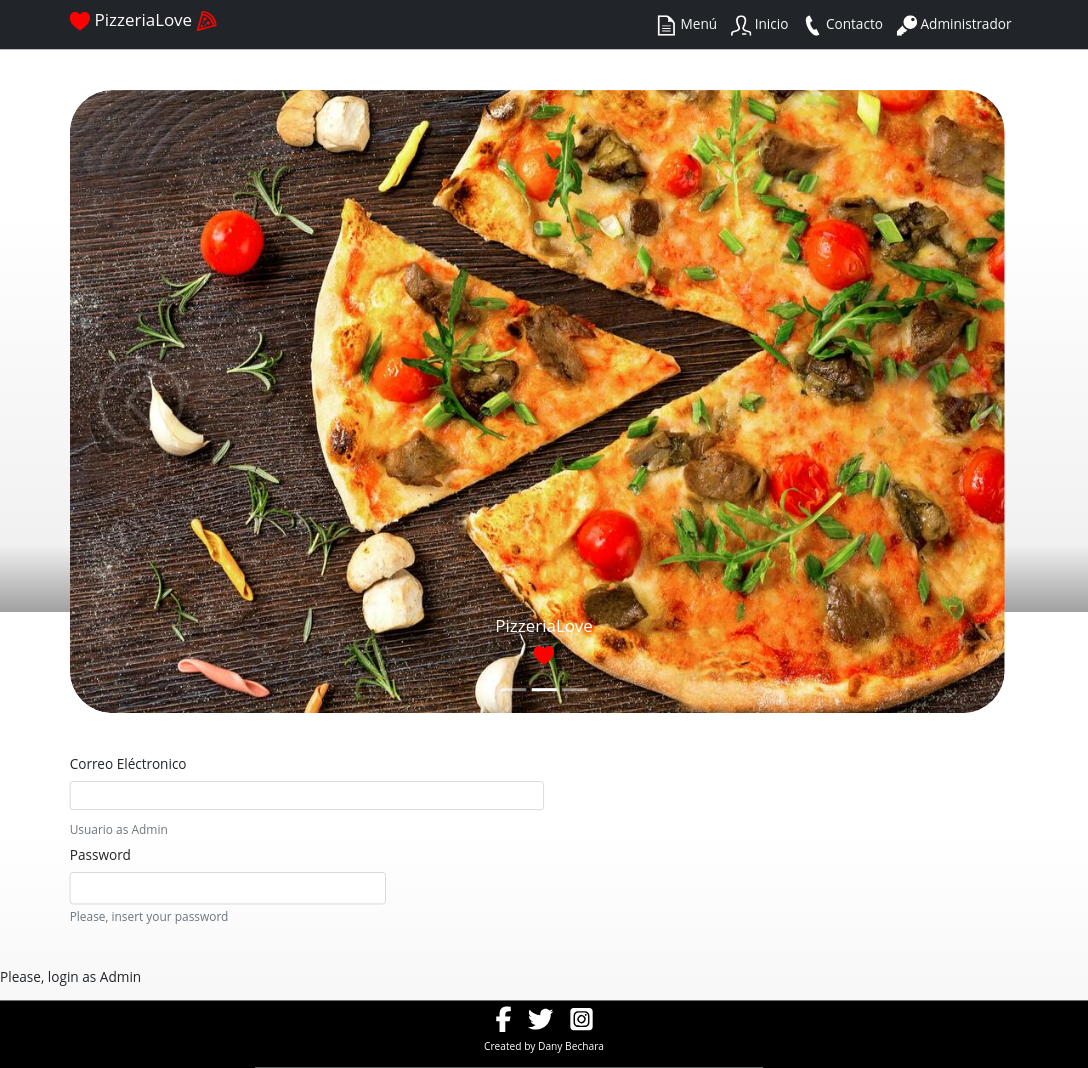
Repository: bechara611/PizzeriaLove
Page: /administrador
An editor plug-in stored every save of this project. The page is shown before and after the next save, followed by the edit.
The browser window is 1280 px wide. The pictures show the whole page, at 85% of full size.
The page's requests for data from a server got no answer. Backgrounds fixed to the window are drawn as part of the page. The project was rebuilt for these pictures with package versions that can differ from the ones it lists, and the page was loaded fresh each time. No one was signed in, and anything a server would have sent is missing. Also part of the build but not shown: src/App.css, src/App.js, src/Componentes/Menu.css, src/Firebase/Borrar.js, src/Componentes/Menu.js, src/Componentes/FormularioAgregarMenu.css, src/Elementos/Alerta.js.

Above is the page before, as saved 2022-02-23 09:13:06.

### src/index.js
import React,{useState} from 'react';
import ReactDOM from 'react-dom';
import './index.css';
import 'bootstrap/dist/css/bootstrap.css'
import 'bootstrap/dist/js/bootstrap.bundle.min';
import Header from './Componentes/Header';
import {BrowserRouter,Route, Routes,NavLink} from 'react-router-dom'
import {App,App2} from './App';
import WebFont from 'webfontloader'
import './index.css'
import Carousel from './Componentes/Carousel';
import Menu from './Componentes/Menu';
import Footer from './Componentes/Footer';
import { FormularioAgregarMenu } from './Componentes/FormularioAgregarMenu';

WebFont.load({
  google: {
    families: ['Open Sans:400,500,700', 'Sans-serif']
  }
});

const Index = () => {
  const [administrador,cambiaradministrador]=useState(false);
  return (
  <BrowserRouter>
     <Header administrador={administrador} cambiaradministrador={cambiaradministrador}></Header>
   <Carousel></Carousel>

    <Routes>
    <Route path='/' element={<Menu borrar={false} />} ></Route>
    <Route path='/administrador' element={<FormularioAgregarMenu />} ></Route>
    <Route path='/inicio' element={<Menu borrar={false} />} ></Route>
    </Routes>
    <Footer></Footer>
    </BrowserRouter>
    );
}


ReactDOM.render(

  <Index />,
  document.getElementById('root')
);

### src/index.css
* {
  margin: 0;
  font-family:'Open Sans';
  /* Permalink - use to edit and share this gradient: https://colorzilla.com/gradient-editor/#ffffff+0,ffffff+100&1+0,0+100;White+to+Transparent */



}


body
{
  background: rgb(255,255,255);
  background: linear-gradient(180deg, rgba(255,255,255,1) 0%, rgba(255,255,255,1) 35%, rgba(242,241,241,1) 89%, rgba(10,10,10,0.38699229691876746) 100%);

  background-attachment:fixed;
}

### src/Componentes/Header.js
import {NavLink} from 'react-router-dom'
import styled from 'styled-components';
import { BotonTipoNavLink,BotonTipoNavLinkA } from '../Elementos/BotonTipoNavLink';
import {Pizza2,Administrador2,Inicio2,Menu2,Contacto2,Heart2}from '../Elementos/ImagenesSVG';
import {App,App2} from './../App';
import './Header.css'


const Header = ({cambiaradministrador},{administrador}) => {
    let url1,urladmin;
    url1="/inicio";
    urladmin='/administrador'
      return (
        <>

        <nav className="navbar navbar-expand-sm navbar-dark bg-dark  header_nav">
        <div className="container contenedor1 ">
        <div className='hijo1_header'>
         <BotonTipoNavLink to={url1} className="navbar-brand"> <Heart2 / > PizzeriaLove <Pizza2></Pizza2></BotonTipoNavLink>



        </div>
      <div className='hijo2_header'>
        <button
        className="navbar-toggler mt-2"
        type="button"
        data-bs-toggle="collapse"
        data-bs-target="#menu"
        aria-controls="menu"
        aria-expanded="false"
        aria-label="Mostrar / Ocultar Menu"
      >
        <span className="navbar-toggler-icon"></span>
      </button>

      <div className="collapse navbar-collapse" id="menu">
      <ul className="navbar-nav me-auto mb-2 mb-lg-0 header_menu">
      <li className="nav-item opcion"><a href="#menuu" className="nav-link text-light  opcion"><Menu2></Menu2> Menú</a></li>
        <li className="nav-item"><BotonTipoNavLinkA to={url1} className="nav-link text-light"><Inicio2/> Inicio</BotonTipoNavLinkA></li>
        <li className="nav-item"><BotonTipoNavLink to={url1} className="nav-link text-light"> <Contacto2 /> Contacto</BotonTipoNavLink></li>
        <li className="nav-item"><BotonTipoNavLink to={urladmin} className="nav-link text-light"> <Administrador2 /> Administrador</BotonTipoNavLink></li>
      </ul>

    </div>
    </div>
        </div>

      </nav>

      </>
       );
    }

    export default Header;

### src/Componentes/Carousel.js
import { Heart2 } from '../Elementos/ImagenesSVG'
import imagen1 from './../Imagenes/carousel1.jpg'
import imagen2 from './../Imagenes/carousel2.jpg'
import imagen3 from './../Imagenes/carousel3.jpg'
import './Carousel.css'
const Carousel = () => {
    return (

        <>
<section className="main">
  <div className="container">
    <div className="row mt-5">
      <div className="col">
        <div className="carousel slide carousel-fade" id="mi-carousel" data-bs-ride="carousel">
          <div className="carousel-inner">
            <div className="carousel-item active">
            <div className="carousel-caption">
            <h5>PizzeriaLove</h5>
            <p><Heart2></Heart2></p>
          </div>
              <img className="img-fluid" src={imagen1} alt='' />
            </div>

            <div className="carousel-item" data-bs-interval="5000">
              <div className="carousel-caption">
                <h5>PizzeriaLove</h5>
                <p><Heart2></Heart2></p>
              </div>
              <img className="img-fluid" src={imagen2}  alt=''/>
            </div>
            <div className="carousel-item">
            <div className="carousel-caption">
            <h5>PizzeriaLove</h5>
            <p><Heart2></Heart2></p>
          </div>
            <img className="img-fluid" src={imagen3} alt='' />
            </div>
          </div>



          <button
            className="carousel-control-prev botonprev"
            type="button"
            data-bs-target="#mi-carousel"
            data-bs-slide="prev"
          >
            <span className="carousel-control-prev-icon  icono" aria-hidden="true"></span>
            <span className="visually-hidden">Prev</span>
          </button>
          <button
            className="carousel-control-next"
            type="button"
            data-bs-target="#mi-carousel"
            data-bs-slide="next"
          >
            <span className="carousel-control-next-icon icono" aria-hidden="true"></span>
            <span className="visually-hidden">Next</span>
          </button>




          <div className="carousel-indicators">
            <button
              type="button"
              className="active"
              data-bs-target="#mi-carousel"
              data-bs-slide-to="0"
              aria-label="Slide 1"
            ></button>
            <button
              type="button"
              className=""
              data-bs-target="#mi-carousel"
              data-bs-slide-to="1"
              aria-label="Slide 2"
            ></button>
            <button
              type="button"
              className=""
              data-bs-target="#mi-carousel"
              data-bs-slide-to="2"
              aria-label="Slide 3"
            ></button>
          </div>
        </div>
      </div>
    </div>
  </div>

</section>


        </>
     );
}

export default Carousel;

### src/Componentes/Footer.js
import styled from "styled-components";
import './Footer.css'
import { FontAwesomeIcon } from '@fortawesome/react-fontawesome'
import { faCoffee } from '@fortawesome/free-solid-svg-icons'
import {  faFacebookF,faInstagramSquare,faTwitter } from '@fortawesome/free-brands-svg-icons';
import useObtenerMenu from "../Hooks/useObtenerMenu";


const Footer = () => {
    let face='https://www.facebook.com';
    let insta='https://www.instagram.com';
    let twitter='https://www.twitter.com';
    let nuevaPestana="_blank"

    return (
        <>
        <div className="container-fluid " >
        <div className="row fila">
        <footer className="col-12 footer">
        <a href={face} target={nuevaPestana} className='face'><FontAwesomeIcon icon={faFacebookF}/></a>
        <a href={twitter} target={nuevaPestana} className='twitter'><FontAwesomeIcon icon={faTwitter}/></a>
        <a href={insta} target={nuevaPestana} className='instagram'><FontAwesomeIcon icon={faInstagramSquare}/></a>

        </footer>
        <p className="col-12">Created by Dany Bechara</p>
        </div>
        </div>
        </>
     );
}

export default Footer;

### src/Componentes/FormularioAgregarMenu.js
import './FormularioAgregarMenu.css'
import React,{useEffect,useState} from 'react'
import styled from 'styled-components'
import { db,app } from '../Firebase/FirebaseConfig';
import { addDoc,collection } from 'firebase/firestore';
import Alerta from '../Elementos/Alerta';
import Menu from './Menu';





const FormularioAgregarMenu = () => {
    const [platos2,cambiarplatos2]=useState([{}])
    const [precio,cambiarPrecio]=useState('');
    const [categoria,cambiarCategoria]=useState('');
    const [plato,cambiarPlato]=useState('');
    const [AlertaGenerada,CambiarAlertaGenerada]=useState(false);
    const [acceder,CambiarAcceder]=useState(false);

    const Registrar =async () => {
        try {
            await addDoc(collection(db,'menu'),
        {
            categorias:categoria,
            plato:plato,
            precio:precio
        })
        cambiarPlato('');
        cambiarCategoria('');
        cambiarPrecio('')
        CambiarAlertaGenerada(true);
        } catch (error) {
            console.log(error)
        }

    }



    return (
        <>
        <div className="container">
        <div className="row">
        <form action="" className='py-5'>
        <div className="col-6">
        <label htmlFor="correo" class="form-label">Correo Eléctronico</label>
        <input type="text" name="usuario" id="usuario" className='form-control py-1' aria-describedby='usuario' />
        <div id="usuario" class="form-text py-2">
         Usuario as Admin
        </div>
        </div>
        <div className="col-4">
        <label htmlFor="password" class="form-label">Password</label>
        <input type="password" name="password" id="password" className='form-control' aria-describedby='password' />
        <div id="password" class="form-text">
         Please, insert your password
        </div>
        </div>

         </form>
        </div>
        </div>





       {acceder===true ?
         <>
         <div className="container my-5 contenedor_formulario">
     <h2 className='my-3 text-center'>Create a new pizza</h2>
     {AlertaGenerada && <Alerta CambiarAlertaGenerada={CambiarAlertaGenerada} valorr={3}></Alerta>}
        <form action="" className='' onSubmit={(e)=>{
            e.preventDefault();
            Registrar();
        }}>
        <div className="row">
        <div className="col-12">
        <label htmlFor='plato' className="form-label">New plate</label>
            <input value={plato} required type="text" className='form-control' name="plato" id="plato" aria-describedby='ayuda-plato'
            onChange={(e)=>{
                cambiarPlato(e.target.value)
            }}/>
            <div id="ayuda-plato" className="form-text">
            Please, insert the new plate.
            </div>
            </div>
            <div className="col-6">
            <label htmlFor='categorias' className="form-label">Category</label>
            <input required value={categoria} type="text" className='form-control' name="categorias" id="categorias" aria-describedby='ayuda-categorias'
            onChange={(e)=>{
                cambiarCategoria(e.target.value)
            }} />
            <div id="ayuda-plato" className="form-text">
            Please, insert the categoria.
            </div>
            </div>
            <div className="col-6">
            <label htmlFor='precio' className="form-label">Price</label>
            <input required value={precio} type="text" className='form-control' name="precio" id="precio" aria-describedby='ayuda-number'
             onChange={(e)=>{
                cambiarPrecio(e.target.value.replace(/[^0-9.]/g,''));
            }}/>
            <div id="ayuda-number" className="form-text">
            Please, insert the price.
            </div>

            </div>




        </div>
        <div className="row">
        <div className="col-12 my-4">  <button type='submit' className=' btn btn-primary col-12'>INSERT</button></div>
        </div>
            </form>
        </div>

        <Menu borrar={true}></Menu>
         </>
         :
          <><p>Please, login as Admin</p></>}

        </>
         );

}

export {FormularioAgregarMenu}

### src/Elementos/BotonTipoNavLink.js
import styled from "styled-components"
import { NavLink } from "react-router-dom"
    const BotonTipoNavLink = styled(NavLink)`
    &:hover
    {
      text-decoration: underline;
      color: black;
    }
    `

    const BotonTipoNavLinkA=styled(BotonTipoNavLink)`
    text-decoration: none;
      color: black;
      cursor:pointer;
    `
    export {BotonTipoNavLink,BotonTipoNavLinkA}

### src/Elementos/ImagenesSVG.js
import styledComponents from 'styled-components';
import {ReactComponent as Pizza} from './../Imagenes/Pizza.svg'
import {ReactComponent as Inicio} from './../Imagenes/Inicio.svg'
import {ReactComponent as Menu} from './../Imagenes/Menu.svg'
import {ReactComponent as Administrador} from './../Imagenes/Administrador.svg'
import {ReactComponent as Contacto} from './../Imagenes/Contacto.svg'
import {ReactComponent as Heart} from './../Imagenes/Heart.svg'
import {ReactComponent as Trash} from './../Imagenes/Trash.svg'
const Pizza2 = styledComponents(Pizza)`
font-size:10px;
z-index: 1;
color:white;
fill:red;

`;
const Inicio2 = styledComponents(Inicio)`
font-size:10px;
z-index: 1;
color:white;
fill:white;

`;
const Menu2 = styledComponents(Menu)`
font-size:10px;
z-index: 1;
color:white;
fill:white;

`;
const Administrador2 = styledComponents(Administrador)`
font-size:10px;
z-index: 1;
color:white;
fill:white;

`;

const Contacto2 = styledComponents(Contacto)`
font-size:10px;
z-index: 1;
color:white;
fill:white;

`;

const Heart2 = styledComponents(Heart)`
font-size:10px;
z-index: 1;
color:white;
fill:red;

`;

const Trash2=styledComponents(Trash)`
fill:blue;
cursor:pointer;
`

export {Pizza2,Administrador2,Inicio2,Menu2, Contacto2,Heart2,Trash2}

### src/Componentes/Header.css

*{
   box-sizing: border-box;
   margin: 0;
   padding: 0;


}
.header_nav2
{
    /* margin-top: -8px; */
    background: -moz-linear-gradient(top,  rgba(211,126,128,1) 0%, rgba(146,171,207,0) 76%, rgba(134,179,222,0) 90%, rgba(125,185,232,0) 100%); /* FF3.6-15 */
background: -webkit-linear-gradient(top,  rgba(211,126,128,1) 0%,rgba(146,171,207,0) 76%,rgba(134,179,222,0) 90%,rgba(125,185,232,0) 100%); /* Chrome10-25,Safari5.1-6 */
background: linear-gradient(to bottom,  rgba(211,126,128,1) 0%,rgba(146,171,207,0) 76%,rgba(134,179,222,0) 90%,rgba(125,185,232,0) 100%); /* W3C, IE10+, FF16+, Chrome26+, Opera12+, Safari7+ */
filter: progid:DXImageTransform.Microsoft.gradient( startColorstr='#d37e80', endColorstr='#007db9e8',GradientType=0 ); /* IE6-9 */


}
body
{
    /* background: url(./../Imagenes/textura.png);
	background-repeat: repeat;
	background-attachment: fixed; */
}

.nav
{


}

.contenedor12
{

    /* min-height: 300px;  */
}

.hijo1_header
{
    align-self: start;
    /* margin-top: 2%; */

}
.hijo2_header
{
    /* margin-top: 2%; */
    align-self: start;
}
.header_menu
{

}

.opcion
{
text-decoration: dotted;
display: inline-block;
opacity: 1;

}



.opcion:hover
{
    text-decoration: underline;
}

.opcion:link
{
color: green;
}

### src/Componentes/Carousel.css
.carousel-inner{border-radius: 50px;}
.carousel-item{border-radius: 50px;}
.img-fluid{border-radius: 50px;}
.icono {
    height: 100px;
    width: 100px;

      /*shape border*/
      border: 5px solid white;
      border-radius: 50%; /*zero for square */
      opacity: 0.3;
      /*symbol */
      color: BLACK;



}
.icono:hover{opacity: 1;}

### src/Firebase/FirebaseConfig.js
import { initializeApp } from "firebase/app";
import { getAnalytics } from "firebase/analytics";
import { getFirestore } from "firebase/firestore";
import { getAuth, createUserWithEmailAndPassword } from "firebase/auth";

const firebaseConfig2 = {
    apiKey: "AIzaSyDhYuWK_8Uy4S-BtkFmFfityIjQnt4M3Is",
    authDomain: "pizzerialove-00.firebaseapp.com",
    projectId: "pizzerialove-00",
    storageBucket: "pizzerialove-00.appspot.com",
    messagingSenderId: "356504995914",
    appId: "1:356504995914:web:c5fee404edbf5f32affeb3",
    measurementId: "G-CK1N9HMEKD"
  };


    const firebaseConfig = {
      apiKey:process.env.REACT_APP_FIREBASE_API_KEY,
      authDomain:process.env.REACT_APP_FIREBASE_AUTH_DOMAIN,
      projectId:process.env.REACT_APP_FIREBASE_PROJECT_ID,
      storageBucket:process.env.REACT_APP_FIREBASE_STORAGE_BUCKET,
      messagingSenderId:process.env.REACT_APP_FIREBASE_MESSAGING_SENDER_ID,
      appId:process.env.REACT_APP_FIREBASE_APP_ID,
      measurementId:process.env.REACT_APP_FIREBASE_MEASUREMENT_ID
    };



// Initialize Firebase
const app = initializeApp(firebaseConfig);
const analytics = getAnalytics(app);
const db= getFirestore();
const auth=getAuth();

export {app,analytics,db,auth};

### src/Hooks/useObtenerMenu.js
import React,{useEffect,useState} from 'react'
import { db } from '../Firebase/FirebaseConfig';
import { collection,onSnapshot } from 'firebase/firestore';

const useObtenerMenu = () => {
    const [platos,cambiarplatos]=useState([{}])
    useEffect(()=>{

            const FuncionObtenerMenu=onSnapshot(collection(db,'menu'), (snapShot)=>{

               let vectormenu=snapShot.docs.map((documento)=>{
                  // console.log(documento.id)
                    return {...documento.data(),id:documento.id}
                })
              //  console.log(vectormenu);
                cambiarplatos(vectormenu)
            })





          },[])
          return [platos,cambiarplatos]
}

export default useObtenerMenu;

### src/Componentes/Footer.css
.footer
{
    display: flex;
    flex-direction: row;
    justify-content: center;

}
.fila
{
    display: flex;
    justify-content: center;
    text-align: center;
    background: black;
    font-size: 12px;
}
.fila p
{

color: white;
}
.footer a{
    text-decoration: none;
font-size: 30px;
display: inline-block;
color: white;
margin: 0 10px;
}
.face:hover{color: blue;}
.twitter:hover{color: lightblue;}
.instagram:hover{color:#fcaf45}

Loaded but not shown: public/index.html (common file)

After the next save:
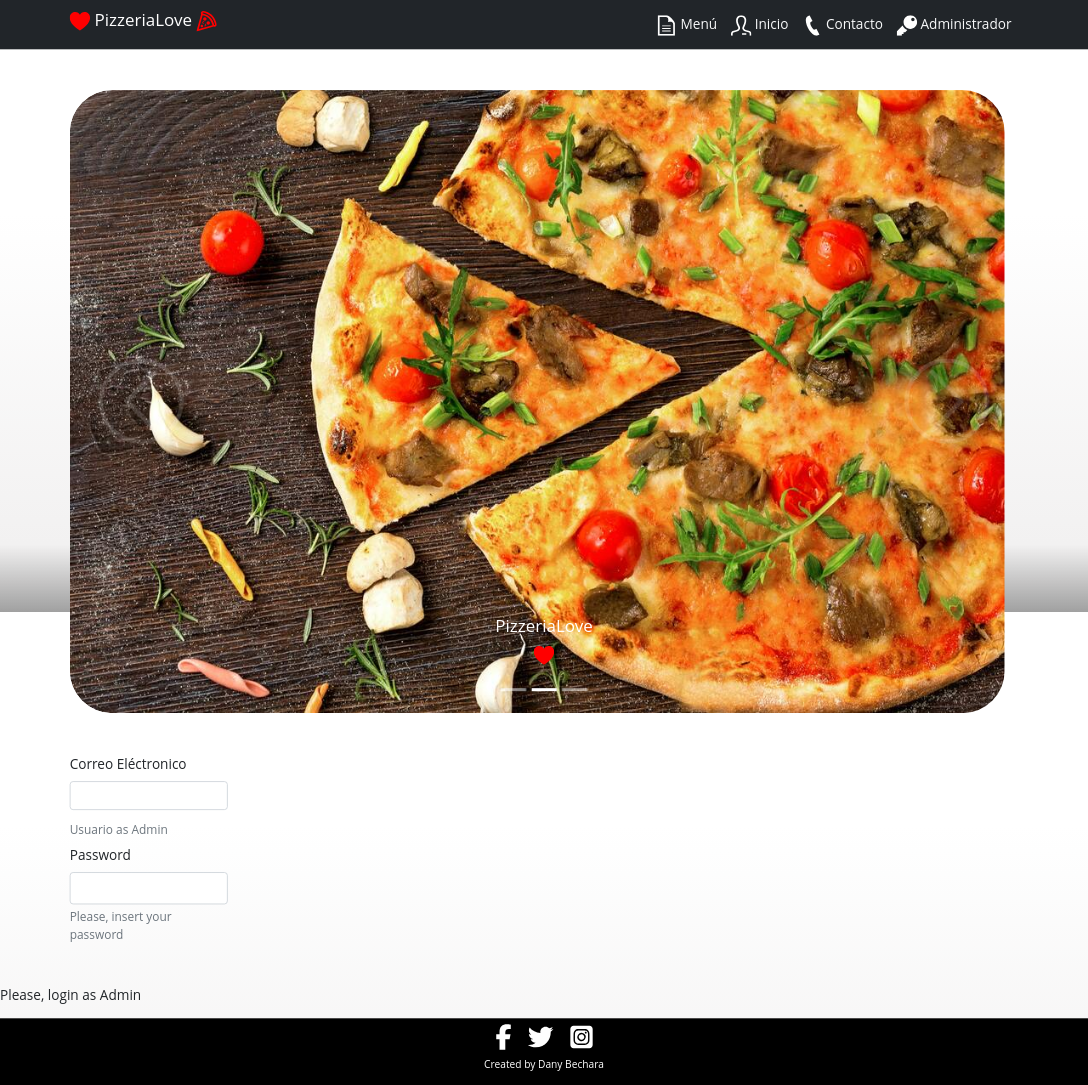
Saved 8 s later.
--- a/src/Componentes/FormularioAgregarMenu.js
+++ b/src/Componentes/FormularioAgregarMenu.js
@@ -43,14 +43,14 @@
         <div className="container">
         <div className="row">
         <form action="" className='py-5'>
-        <div className="col-6">
+        <div className="col-2">
         <label htmlFor="correo" class="form-label">Correo Eléctronico</label>
         <input type="text" name="usuario" id="usuario" className='form-control py-1' aria-describedby='usuario' />
         <div id="usuario" class="form-text py-2">
          Usuario as Admin
         </div>
         </div>
-        <div className="col-4">
+        <div className="col-2">
         <label htmlFor="password" class="form-label">Password</label>
         <input type="password" name="password" id="password" className='form-control' aria-describedby='password' />
         <div id="password" class="form-text">

After the save that followed:
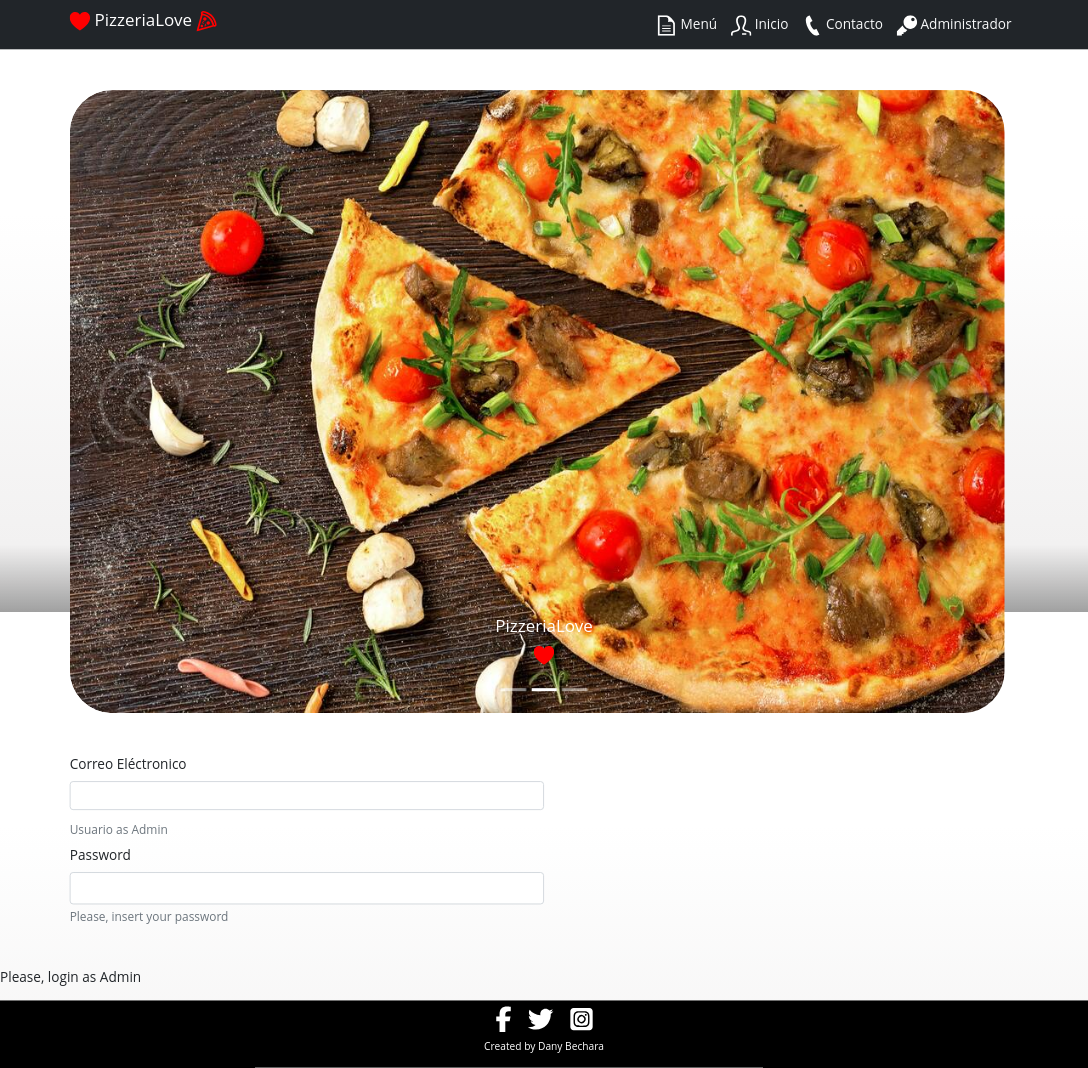
Saved 6 s later.
--- a/src/Componentes/FormularioAgregarMenu.js
+++ b/src/Componentes/FormularioAgregarMenu.js
@@ -43,14 +43,14 @@
         <div className="container">
         <div className="row">
         <form action="" className='py-5'>
-        <div className="col-2">
+        <div className="col-6">
         <label htmlFor="correo" class="form-label">Correo Eléctronico</label>
         <input type="text" name="usuario" id="usuario" className='form-control py-1' aria-describedby='usuario' />
         <div id="usuario" class="form-text py-2">
          Usuario as Admin
         </div>
         </div>
-        <div className="col-2">
+        <div className="col-6">
         <label htmlFor="password" class="form-label">Password</label>
         <input type="password" name="password" id="password" className='form-control' aria-describedby='password' />
         <div id="password" class="form-text">
